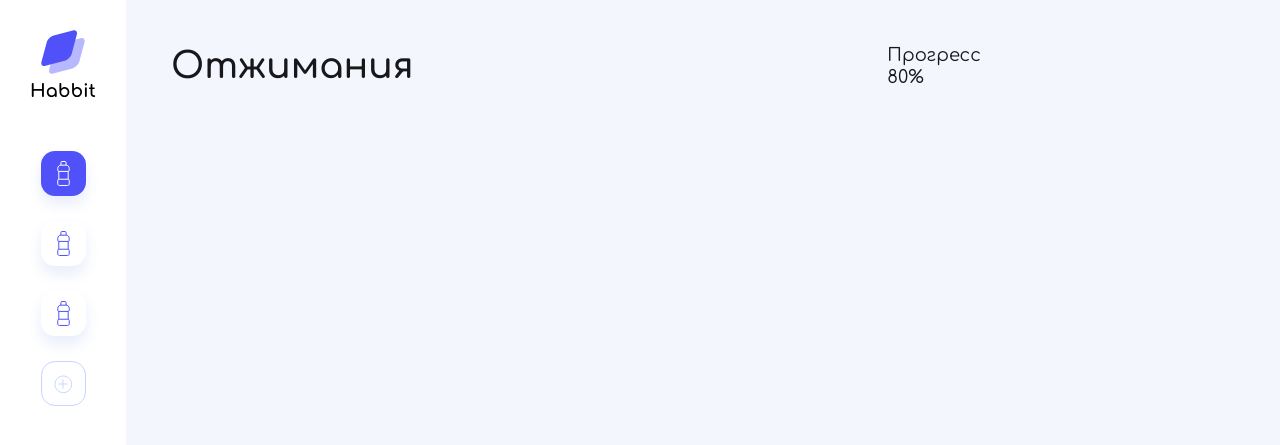
Repository: alexboagreek/hobbit
Page: index.html
These files come from the project's save history. The page is drawn as it stood at one moment and after a run of saves; the edit follows.
The browser window is 1280 px wide. The pictures show the whole page.

Above is the page before, as saved 2022-11-23 12:32:11.

After the next 2 saves:
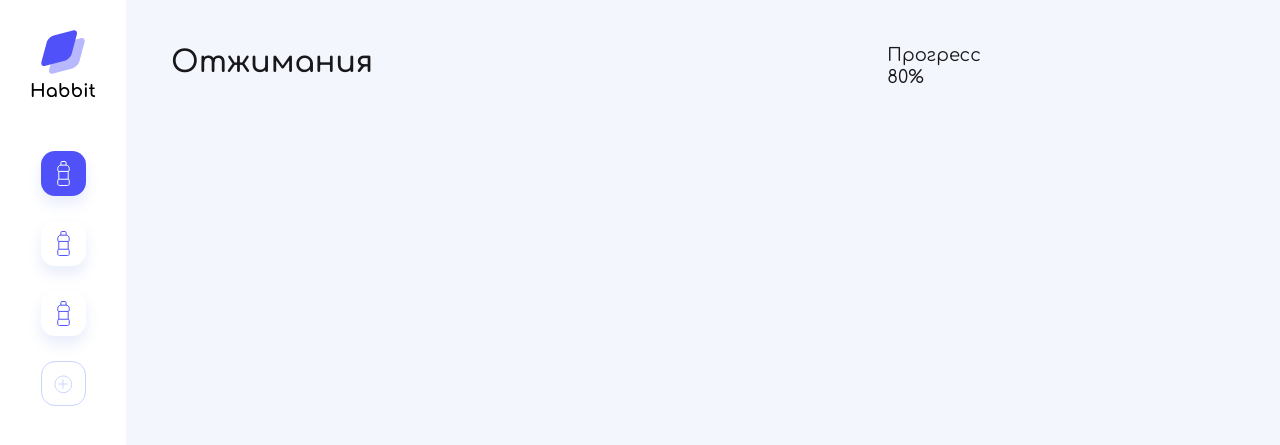
The 2 saves are shown as one change because they came seconds apart.
The last was saved 9 s later.
--- a/styles/style.css
+++ b/styles/style.css
@@ -79,4 +79,6 @@
     justify-content: space-between;
 }
 
-.hedae
+.header__title {
+    font-size: 30px;
+}
